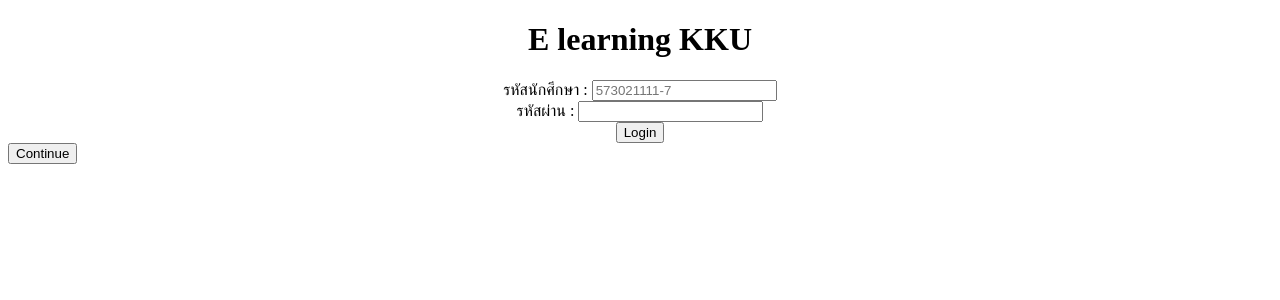
Repository: Wanaratkhamla/LabJavaWeb
Page: http://localhost/TestJoinTable/Login.jsp
An editor plug-in stored every save of this project. The page is shown before and after the next save, followed by the edit.
The browser window is 1280 px wide. The pictures show the whole page.
The page is served by Tomcat 9. Other server files are loaded and not shown.

Above is the page before, as saved 2017-02-28 18:15:10.

### TestJoinTable/WebContent/Login.jsp
<%@ page contentType="text/html; charset=utf-8" pageEncoding="utf-8"%>
<!DOCTYPE html PUBLIC "-//W3C//DTD HTML 4.01 Transitional//EN" "http://www.w3.org/TR/html4/loose.dtd">
<html>
<head>
<meta http-equiv="Content-Type" content="text/html; charset=ISO-8859-1">
<meta content="utf-8">
<title>Insert title here</title>
</head>
<body>
	<div align="center">
		<form action="login">
		<h1>E learning KKU</h1>
			<input type="hidden" name="action" value="login">
			รหัสนักศึกษา : <input size="20" type="text" name="SID" placeholder="573021111-7"> <br>
			รหัสผ่าน : <input size="20" type="password" name="Password"> <br>
			<button type="submit"> Login </button>
		</form>
	</div>
	<button onclick="window.location.href='Register.jsp'">Continue</button>
</body>
</html>

After the next save:
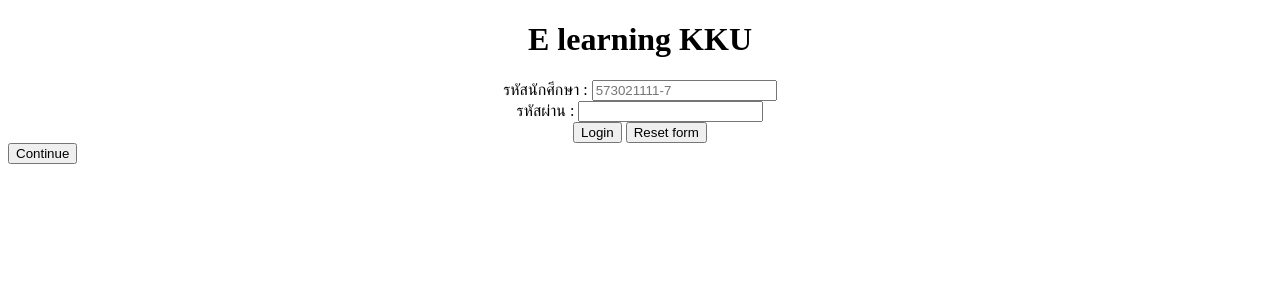
Saved 2 min 40 s later.
--- a/TestJoinTable/WebContent/Login.jsp
+++ b/TestJoinTable/WebContent/Login.jsp
@@ -14,6 +14,7 @@
 			รหัสนักศึกษา : <input size="20" type="text" name="SID" placeholder="573021111-7"> <br>
 			รหัสผ่าน : <input size="20" type="password" name="Password"> <br>
 			<button type="submit"> Login </button>
+			<input type="button" onclick="myFunction()" value="Reset form">
 		</form>
 	</div>
 	<button onclick="window.location.href='Register.jsp'">Continue</button>
